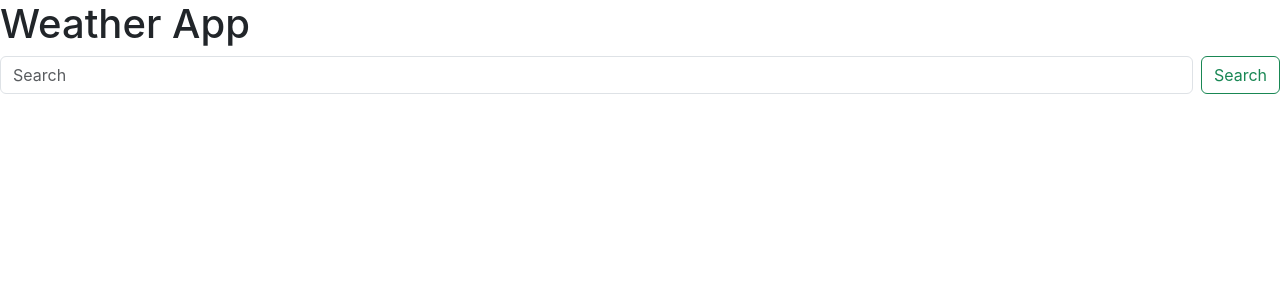
Repository: bhaveshtrades/weatherapp
Page: /
An editor plug-in stored every save of this project. The page is shown before and after the next save, followed by the edit.
The browser window is 1280 px wide. The pictures show the whole page.
The project was rebuilt for these pictures with package versions that can differ from the ones it lists, and the page was loaded fresh each time. Also part of the build but not shown: src/components/CurrentWeather.jsx.

Above is the page before, as saved 2023-01-08 18:54:34.

### public/index.html
<!DOCTYPE html>
<html lang="en">
  <head>
    <meta charset="utf-8" />
    <link rel="icon" href="%PUBLIC_URL%/favicon.ico" />
    <meta name="viewport" content="width=device-width, initial-scale=1" />
    <meta name="theme-color" content="#000000" />
    <meta
      name="description"
      content="Web site created using create-react-app"
    />
    <link rel="apple-touch-icon" href="%PUBLIC_URL%/logo192.png" />
    <!--
      manifest.json provides metadata used when your web app is installed on a
      user's mobile device or desktop. See https://developers.google.com/web/fundamentals/web-app-manifest/
    -->
    <link rel="manifest" href="%PUBLIC_URL%/manifest.json" />
    <link href="https://cdn.jsdelivr.net/npm/bootstrap@5.3.0-alpha1/dist/css/bootstrap.min.css" rel="stylesheet" integrity="sha384-GLhlTQ8iRABdZLl6O3oVMWSktQOp6b7In1Zl3/Jr59b6EGGoI1aFkw7cmDA6j6gD" crossorigin="anonymous" />
  </head>

    <!--
      Notice the use of %PUBLIC_URL% in the tags above.
      It will be replaced with the URL of the `public` folder during the build.
      Only files inside the `public` folder can be referenced from the HTML.

      Unlike "/favicon.ico" or "favicon.ico", "%PUBLIC_URL%/favicon.ico" will
      work correctly both with client-side routing and a non-root public URL.
      Learn how to configure a non-root public URL by running `npm run build`.
    -->
    <title>React App</title>
  </head>
  <body>
    <noscript>You need to enable JavaScript to run this app.</noscript>
    <div id="root"></div>
    <!--
      This HTML file is a template.
      If you open it directly in the browser, you will see an empty page.

      You can add webfonts, meta tags, or analytics to this file.
      The build step will place the bundled scripts into the <body> tag.

      To begin the development, run `npm start` or `yarn start`.
      To create a production bundle, use `npm run build` or `yarn build`.
    -->
  </body>
  <script src="https://cdn.jsdelivr.net/npm/@popperjs/core@2.11.6/dist/umd/popper.min.js" integrity="sha384-oBqDVmMz9ATKxIep9tiCxS/Z9fNfEXiDAYTujMAeBAsjFuCZSmKbSSUnQlmh/jp3" crossorigin="anonymous"></script>
  <script src="https://cdn.jsdelivr.net/npm/bootstrap@5.3.0-alpha1/dist/js/bootstrap.min.js" integrity="sha384-mQ93GR66B00ZXjt0YO5KlohRA5SY2XofN4zfuZxLkoj1gXtW8ANNCe9d5Y3eG5eD" crossorigin="anonymous"></script>
</html>

### src/App.js
import React, { useState } from 'react';
import './App.css';
import CurrentWeather from './components/CurrentWeather';
import Navbar from './components/Navbar';

function App() {

    const apiKey = process.env.REACT_APP_API_KEY;

    const[city, setCity] = useState();
    const[weatherData, setWeatherData] = useState([]);
    const[country, setCountry] = useState();
    const[location, setLocation] = useState();
    const[currentDate, setCurrentDate] = useState();
    const[currentDay, setCurrentDay] = useState();
    const[currentMonth, setCurrentMonth] = useState();
    const[currentIcon, setCurrentIcon] = useState();
    const[currentTemp, setCurrentTemp] = useState();
    const[currentStatus, setCurrentStatus] = useState();


    const weekDays = ['Sunday', 'Monday', 'Tuesday', 'Wednesday', 'Thursday', 'Friday', 'Saturday'];
    const months = ["January","February","March","April","May","June","July","August","September","October","November","December"];

    const currentAPI = `http://api.weatherapi.com/v1/current.json?key=${apiKey}&q=${city}`;

     const getWeather = (e)=>{
      e.preventDefault();
      fetch(currentAPI).then(data => data.json())
      .then((response)=>{
        setWeatherData([response]);
        setCountry(response.location.country);
        setLocation(response.location.name);
        setCurrentDate(new Date(`${response.current.last_updated}`).getDate());
        setCurrentDay(new Date(`${response.current.last_updated}`).getDay());
        setCurrentMonth(new Date(`${response.current.last_updated}`).getMonth());
        setCurrentIcon(response.current.condition.icon);
        setCurrentTemp(response.current.temp_c);
        setCurrentStatus(response.current.condition.text);
      });
    }


  return (
    <>
    <Navbar resultProp={getWeather} cityProp={(e)=>{setCity(e.target.value)}}/>
    {weatherData.length !==0 && <CurrentWeather countryProp={country} locationProp={location} dayProp={weekDays[currentDay]} dateProp={currentDate} monthProp={months[currentMonth]} currentIconProp={currentIcon} currentTempProp={currentTemp} currentStatusProp={currentStatus}/>}
    </>
  );
}

export default App;

### src/App.css
*{
  padding: 0;
  margin: 0;
}

body{{
  background-color: blue;
}}

.cDiv1{
  margin-top: 4rem;
  padding-left: 7rem;
}

.cDiv2{
  display: flex;
}

.cDiv3{
  display: flex;
  gap: 4rem;
  justify-content: center;
}

.cDiv5{
  padding-top: 2rem;
}

.cDiv6{
  padding-left: 2rem;
}

.currentIcon{
  height: 8rem;
  width: 8rem;
}

### src/components/Navbar.jsx
import React from 'react'

function Navbar({resultProp, cityProp}){

  return (
    <>
    <div>
    <div>
    <h1>Weather App</h1>
    </div>
    <div>
    <form className="d-flex" role="search" onSubmit={resultProp}>
        <input className="form-control me-2" type="search" placeholder="Search" aria-label="Search" onChange={cityProp}/>
        <button className="btn btn-outline-success" type="submit">Search</button>
    </form>
    </div>
    </div>
    </>
  )
}

export default Navbar;

Loaded but not shown: src/index.js (common file); src/index.css (common file); src/reportWebVitals.js (common file)

After the next save:
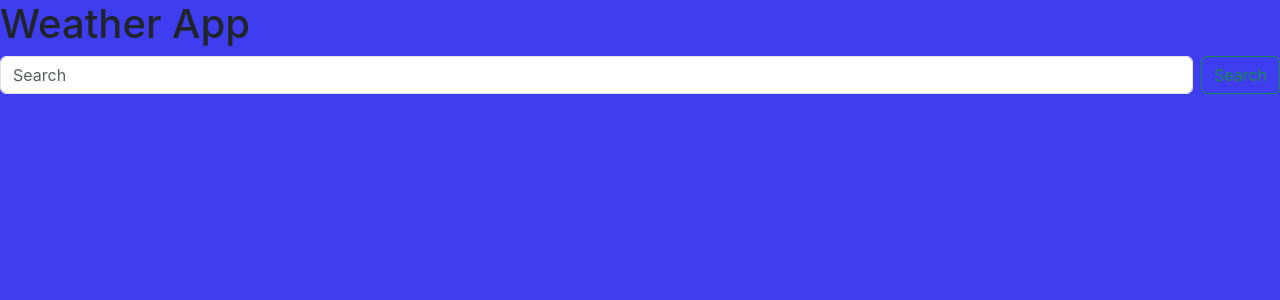
Saved 16 s later.
--- a/src/App.css
+++ b/src/App.css
@@ -3,9 +3,9 @@
   margin: 0;
 }
 
-body{{
-  background-color: blue;
-}}
+body{
+  background-color: rgba(61, 61, 240, 0.993);
+}
 
 .cDiv1{
   margin-top: 4rem;
